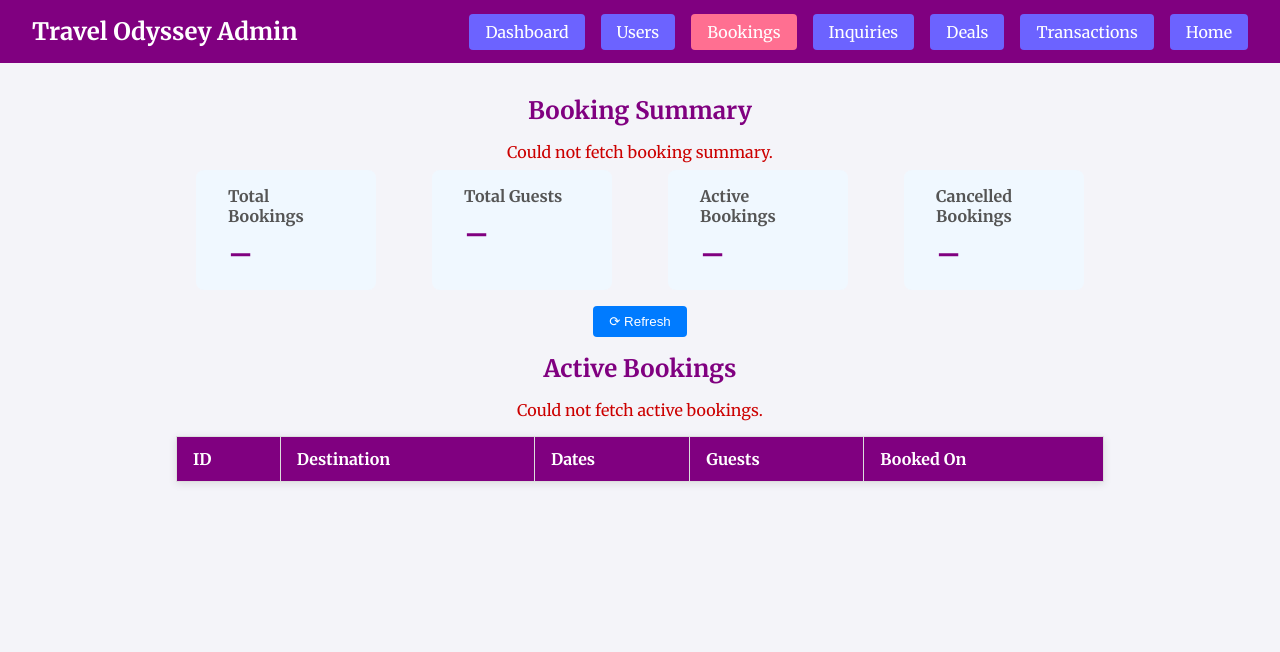
Repository: GHzPhoenix/Project-Odyssey
Page: Frontend/admin-bookings.html
An editor plug-in stored every save of this project. The page is shown before and after the next save, followed by the edit.
The browser window is 1280 px wide. The pictures show the whole page.
The page's requests for data from a server got no answer.

Above is the page before, as saved 2025-07-30 12:53:07.

After the next save:
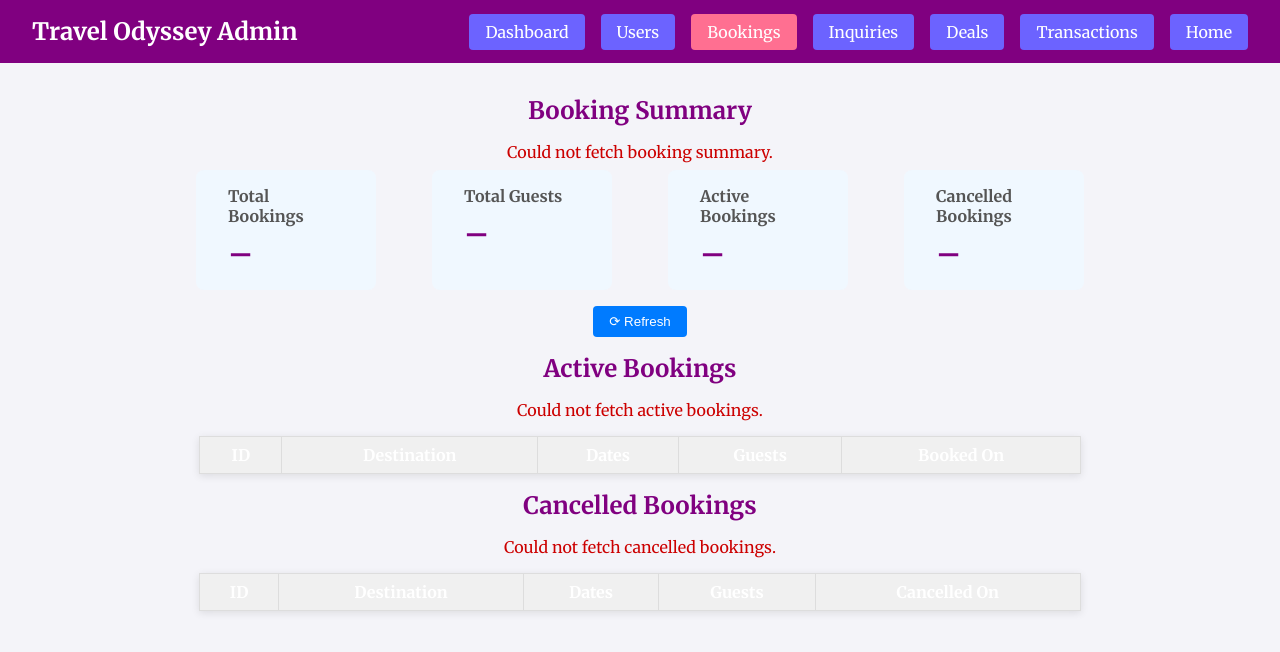
Saved 2 min 5 s later.
--- a/Frontend/admin-bookings.html
+++ b/Frontend/admin-bookings.html
@@ -2,7 +2,7 @@
 <html lang="en">
   <head>
     <meta charset="UTF-8" />
-    <meta name="viewport" content="width=device-width,initial-scale=1.0" />
+    <meta name="viewport" content="width=device-width, initial-scale=1.0" />
     <title>Admin Dashboard – Travel Odyssey</title>
     <link rel="stylesheet" href="/Frontend/css/admin.css" />
     <style>
@@ -46,6 +46,20 @@
       }
       button.refresh:hover {
         background: #0056b3;
+      }
+      table {
+        width: 95%;
+        margin: 1rem auto;
+        border-collapse: collapse;
+      }
+      th,
+      td {
+        padding: 0.5rem;
+        border: 1px solid #ddd;
+        text-align: center;
+      }
+      th {
+        background: #f0f0f0;
       }
     </style>
   </head>
@@ -86,8 +100,9 @@
           <p id="cancelled_bookings">–</p>
         </div>
       </div>
-      <button class="refresh" onclick="loadStatsAndActive()">⟳ Refresh</button>
-
+      <button class="refresh" onclick="loadStatsAndAll()">⟳ Refresh</button>
+
+      <!-- Active Bookings -->
       <h2>Active Bookings</h2>
       <div id="active-error" class="error"></div>
       <table id="active-table">
@@ -98,6 +113,26 @@
             <th>Dates</th>
             <th>Guests</th>
             <th>Booked On</th>
+          </tr>
+        </thead>
+        <tbody>
+          <tr>
+            <td colspan="5">Loading…</td>
+          </tr>
+        </tbody>
+      </table>
+
+      <!-- Cancelled Bookings -->
+      <h2>Cancelled Bookings</h2>
+      <div id="cancelled-error" class="error"></div>
+      <table id="cancelled-table">
+        <thead>
+          <tr>
+            <th>ID</th>
+            <th>Destination</th>
+            <th>Dates</th>
+            <th>Guests</th>
+            <th>Cancelled On</th>
           </tr>
         </thead>
         <tbody>
@@ -123,14 +158,15 @@
         return res.json();
       }
 
-      async function loadStatsAndActive() {
+      async function loadStatsAndAll() {
         await loadSummary();
         await loadActiveBookings();
+        await loadCancelledBookings();
       }
 
       async function loadSummary() {
-        const errEl = document.getElementById("summary-error");
-        errEl.textContent = "";
+        const err = document.getElementById("summary-error");
+        err.textContent = "";
         try {
           const stats = await fetchJSON("/api/bookings/summary");
           document.getElementById("total_bookings").textContent =
@@ -141,21 +177,20 @@
             stats.active_bookings;
           document.getElementById("cancelled_bookings").textContent =
             stats.cancelled_bookings;
-        } catch (err) {
-          console.error("Failed to load summary:", err);
-          errEl.textContent = "Could not fetch booking summary.";
+        } catch (e) {
+          console.error(e);
+          err.textContent = "Could not fetch booking summary.";
         }
       }
 
       async function loadActiveBookings() {
         const tbody = document.querySelector("#active-table tbody");
-        const errEl = document.getElementById("active-error");
-        errEl.textContent = "";
+        const err = document.getElementById("active-error");
+        err.textContent = "";
         tbody.innerHTML = "<tr><td colspan='5'>Loading…</td></tr>";
-
         try {
           const list = await fetchJSON("/api/bookings/active");
-          if (list.length === 0) {
+          if (!list.length) {
             tbody.innerHTML =
               "<tr><td colspan='5'>No active bookings.</td></tr>";
             return;
@@ -168,23 +203,59 @@
                 ? new Date(b.created_at).toLocaleDateString()
                 : "N/A";
               return `
-                <tr>
-                  <td>${b.id}</td>
-                  <td>${b.destination}</td>
-                  <td>${from} – ${to}</td>
-                  <td>${b.guests}</td>
-                  <td>${on}</td>
-                </tr>`;
+              <tr>
+                <td>${b.id}</td>
+                <td>${b.destination}</td>
+                <td>${from} – ${to}</td>
+                <td>${b.guests}</td>
+                <td>${on}</td>
+              </tr>`;
             })
             .join("");
-        } catch (err) {
-          console.error("Failed to load active bookings:", err);
-          errEl.textContent = "Could not fetch active bookings.";
+        } catch (e) {
+          console.error(e);
+          err.textContent = "Could not fetch active bookings.";
           tbody.innerHTML = "";
         }
       }
 
-      document.addEventListener("DOMContentLoaded", loadStatsAndActive);
+      async function loadCancelledBookings() {
+        const tbody = document.querySelector("#cancelled-table tbody");
+        const err = document.getElementById("cancelled-error");
+        err.textContent = "";
+        tbody.innerHTML = "<tr><td colspan='5'>Loading…</td></tr>";
+        try {
+          const list = await fetchJSON("/api/bookings/cancelled");
+          if (!list.length) {
+            tbody.innerHTML =
+              "<tr><td colspan='5'>No cancelled bookings.</td></tr>";
+            return;
+          }
+          tbody.innerHTML = list
+            .map((b) => {
+              const from = new Date(b.start_date).toLocaleDateString();
+              const to = new Date(b.end_date).toLocaleDateString();
+              const on = b.cancelled_at
+                ? new Date(b.cancelled_at).toLocaleDateString()
+                : "N/A";
+              return `
+              <tr>
+                <td>${b.id}</td>
+                <td>${b.destination}</td>
+                <td>${from} – ${to}</td>
+                <td>${b.guests}</td>
+                <td>${on}</td>
+              </tr>`;
+            })
+            .join("");
+        } catch (e) {
+          console.error(e);
+          err.textContent = "Could not fetch cancelled bookings.";
+          tbody.innerHTML = "";
+        }
+      }
+
+      document.addEventListener("DOMContentLoaded", loadStatsAndAll);
     </script>
   </body>
 </html>
